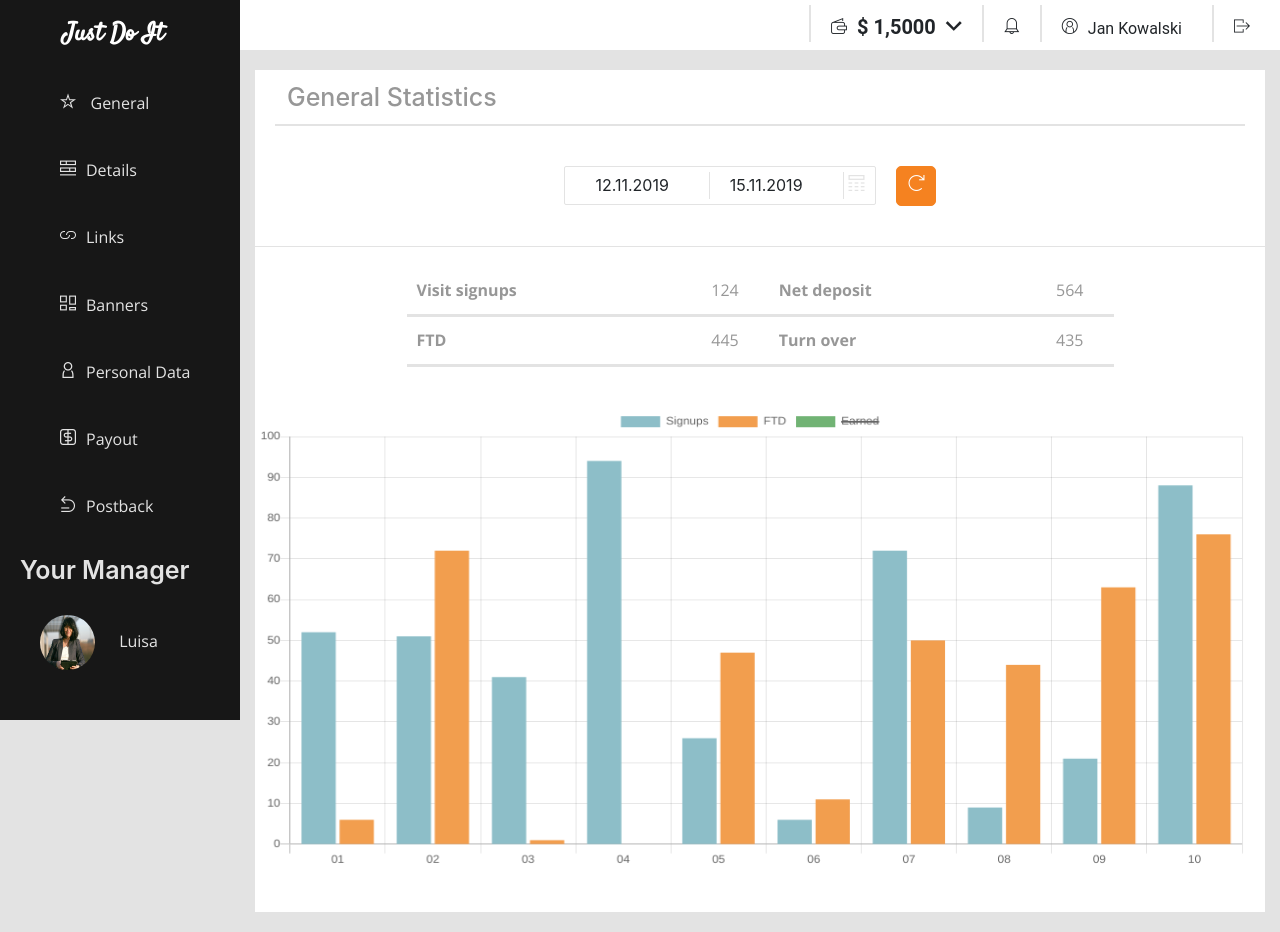
Repository: OllaWilk/wwwJustDoIt
Page: index.html
These files come from the project's save history. The page is drawn as it stood at one moment and after the next save; the edit follows.
The browser window is 1280 px wide. The pictures show the whole page.
Some web libraries are served in a nearby version. The style sheet was rebuilt from its Sass, Less or Tailwind sources for each picture, by a compiler version that may differ from the author's.

Above is the page before, as saved 2020-01-01 16:05:49.

### index.html

<!DOCTYPE html>
<html lang=”en”>
    <head>
        <meta charset=”utf-8”>
        <meta name="viewport" content="width=device-width, initial-scale=1.0">
        <meta http-equiv="X-UA-Compatible" content="ie=edge">
        <meta name="description" content="Projekt indywidualny z kursu Kodilla">
        <meta name="keywords" content="kodilla, indiwidual, project">
        <title>Just Do It - soloProject</title>
            <link href="https://use.fontawesome.com/releases/v5.7.2/css/all.css" rel="stylesheet">
            <link href="https://fonts.googleapis.com/css?family=Open+Sans:400,400i,700|Satisfy&display=swap&subset=latin-ext" rel="stylesheet">
            <link rel="stylesheet" href="https://stackpath.bootstrapcdn.com/bootstrap/4.1.3/css/bootstrap.min.css" integrity="sha384-MCw98/SFnGE8fJT3GXwEOngsV7Zt27NXFoaoApmYm81iuXoPkFOJwJ8ERdknLPMO" crossorigin="anonymous">
            <link rel="stylesheet" href="css/style.css">
            <link rel="stylesheet" href="vendor/css/Glyphter.css">
        </head>

    <body><script id="__bs_script__">//<![CDATA[
    document.write("<script async src='/browser-sync/browser-sync-client.js?v=2.26.7'><\/script>".replace("HOST", location.hostname));
//]]></script>

        <nav class = "navigation">
            <div class  ="navigationTop">
                <h1 class = "logo">Just Do It</h1>
                <i id="hamburger" class="fas fa-bars"></i>
            </div>
            <div = class="navigationWraperMobile">
                <ul class="list titles">
                    <li>
                        <i id="general" class="icon-general"></i>
                        <a class="menuButon active" href="#page-1">General</a>
                    </li>
                    <li><i id="details" class="icon-details"></i><a class="menuButon" href="index.html">Details </a></li>
                    <li><i id="links" class="icon-links"></i><a class="menuButon" href="#page-3">Links</a></li>
                    <li><i id="banners" class="icon-banners"></i><a class="menuButon" href="index.html">Banners</a></li>
                    <li><i id="personalData" class="icon-personaldata"></i><a class="menuButon" href="#page-5">Personal Data</a></li>
                    <li><i id="payout" class="icon-payout"></i><a class="menuButon" href="index.html">Payout</a></li>
                    <li><i id="postback" class="icon-postback"></i><a class="menuButon" href="index.html">Postback</a></li>
                </ul>
                <div class = "menagoImg">
                    <h2>Your Manager</h2>
                    <a class="menuButon" href = "index.html">
                        <img src="images/business-woman-746766_1920.jpg">
                    </img>Luisa</a>
                </div>
            </div>
        </nav>

        <header class= "topMenu">
            <div class = "topMenuWrapper">
                <div class= "iconsTopMenu">
                    <i id="wallet" class="icon-wallet"></i>
                    <h3>$ 1,5000</h3>
                    <i id="arrowDown" class="icon-arrow-down-small"></i>
                </div>
                <div class= "iconsTopMenu">
                    <i id="notification" class="icon-notification"></i>
                </div>
                <div class= "iconsTopMenu">
                    <i id="profile" class="icon-profile"></i>
                    <p>Jan Kowalski</p>
                </div>
                <div class= "iconsTopMenu">
                    <i id="iconQuit" class="icon-quit"></i>
                </div>
            </div>
        </header>

        <section class = "posts_pages container">
            <div id = "page-1" class="post_page active">
                <h2  class="title">General Statistics</h2>
                <div class="dates">
                    <div class="datesConteiner">
                        <div class="dateStart">12.11.2019</div>
                        <div class="dateEnd">15.11.2019 </div>
                        <i id="calendar" class="icon-calendar"></i>
                    </div>
                    <a href="index.html" id="refresh" class="btnRefrsh btn icon-refresh"></a>
                </div>
                <div class="statistic">
                    <div class="legendWrap">
                        <table>
                            <tr>
                              <td class="visitSignups">
                                <h3>Visit signups</h3>
                                <p>124</p>
                              </td>
                              <td class="netDeposit">
                                <h3>Net deposit</h3>
                                <p>564</p>
                              </td>
                            </tr>
                            <tr>
                              <td class="FTD">
                                <h3>FTD</h3>
                                <p>445</p>
                              </td>
                              <td class="turnOver">
                                <h3>Turn over</h3>
                                <p>435</p>
                              </td>
                            </tr>
                        </table>
                    </div>
                    <canvas class="canvas" id="myChart"></canvas>
                </div>
            </div>

            <div id = "page-3" class="post_page">
                <h2  class="title">Links</h2>
                <div class="btnWraper">
                    <a href="index.html" id="refresh" class="btn btnAddNew">+ add new</a>
                </div>
                <div class = "linkWraper">
                    <ul>
                        <li>
                            <p>Home Page</p>
                            <a href="index.html">www.homepage.com</a>
                            <i id="start" class="colorLinks icon-links"></i>
                            <i id="start" class="icon-trash"></i>
                        </li>
                        <li>
                            <p>Curently Offer</p>
                            <a href="index.html">www.curentlyoffer.com</a>
                            <i id="start" class="colorLinks icon-links"></i>
                            <i id="start" class="icon-trash"></i>
                        </li>
                        <li>
                            <p>Blurpix</p>
                            <a href="index.html">www.blurpix.com</a>
                            <i id="start" class="colorLinks icon-links"></i>
                            <i id="start" class="icon-trash"></i>
                        </li>
                        <li>
                            <p>Youre Site</p>
                            <a href="index.html">www.youresite.com</a>
                            <i id="start" class="colorLinks icon-links"></i>
                            <i id="start" class="icon-trash"></i>
                        </li>
                        <li>
                            <p>Google</p>
                            <a href="www.google.com">www.google.com</a>
                            <i id="start" class="colorLinks icon-links"></i>
                            <i id="start" class="icon-trash"></i>
                        </li>
                        <li>
                            <p>Facebook</p>
                            <a href="www.facebook.com">www.facebook.com</a>
                            <i id="start" class="colorLinks icon-links"></i>
                            <i id="start" class="icon-trash"></i>
                        </li>
                        <li>
                            <p>Dashboard</p>
                            <a href="index.html">www.dashboard.com</a>
                            <i id="start" class="colorLinks icon-links"></i>
                            <i id="start" class="icon-trash"></i>
                        </li>
                        <li>
                            <p>Blurax</p>
                            <a href="index.html">www.blurax.com</a>
                            <i id="start" class="colorLinks icon-links"></i>
                            <i id="start" class="icon-trash"></i>
                        </li>
                        <li>
                            <p>Piece of wine</p>
                            <a href="index.html">www.pieceofwine.com</a>
                            <i id="start" class="colorLinks icon-links"></i>
                            <i id="start" class="icon-trash"></i>
                        </li>
                        <li>
                            <p>Twitter</p>
                            <a href="www.twitter.com">www.twitter.com</a>
                            <i id="start" class="colorLinks icon-links"></i>
                            <i id="start" class="icon-trash"></i>
                        </li>
                    </ul>

                </div>
                <div class="btnWraper">
                    <a href="index.html" id="refresh" class="btn btnAddNew">+ add new</a>
                </div>
            </div>

            <div id = "page-5" class="post_page">
                <h2  class="title">Personal Data</h2>
                <div class = "userData">
                    <form novalidate method="post" enctype="multipart/form-data" action="js/db.js" autocomplete="on">
                        <fieldset>
                            <div label = "userBasicData" class="field-wrap">
                                <div class="styledField">
                                    <label>Name:
                                        <span class="error"></span>
                                    </label>
                                    <input type="text" name="name" placeholder="Your name" minlength="2" title="Name" required = "">
                                </div>
                                <div class="styledField">
                                    <label>Surname:
                                        <span class="error"></span>
                                    </label>
                                    <input type="text" name="surname" placeholder="Your surname" minlength="2" maxlength="64" title="Surname" required = "">
                                </div>
                                <div class="styledField">
                                    <label>Email:
                                        <span class="error"></span>
                                    </label>
                                    <input type="email" name="email" placeholder="Your e-mail" minlength="2" maxlength="64" autocomplete="off" title="Email" required = "">
                                </div>
                                <div class="styledField">
                                    <label>Phone number:
                                            <span class="error"></span>
                                    </label>
                                    <input type="text" name="phoneNumber" placeholder="Phone number" minlength="6" maxlength="40" title="phone number" required = "">
                                </div>
                            </div>
                            <div label = "userBasicData" class="field-wrap">
                                <div class="styledField">
                                    <label>Skype:</label>
                                    <input type="text" name="Skype" placeholder="Name" minlength="2" maxlength="32" title="Name" required = "">
                                </div>
                                <div class="styledField">
                                    <label>ICQ:</label>
                                    <input type="text" name="ICQ" placeholder="name" minlength="2" maxlength="40" title="Name" required = "">
                                </div>
                                <div class="styledField">
                                    <label>MSN:</label>
                                    <input type="text" name="MSN" placeholder="msn" title="MSN" required = "">
                                </div>
                            </div>

                            <div class="field-wrap">
                                <div class="styledField">
                                    <label>Wallet</label>
                                    <select name="Wallet" id="wallet">
                                        <option value="Windows">Windows</option>
                                        <option value="Linux">Linux</option>
                                        <option value="Apple">Apple</option>
                                    </select>
                                </div>
                            </div>

                            <div class="field-wrap">
                                <div class="styledField">
                                    <label>Password
                                        <span class="error"></span>
                                    </label>
                                    <input type="password" name="password" placeholder="Password" minlength="6" maxlength="40" autocomplete="off" title="Password" required="">
                                </div>
                                <div class="styledField">
                                    <label>Repeat
                                        <span class="error"></span>
                                    </label>
                                    <input  type="password" name="repeatPassword" placeholder="Password" minlength="6" maxlength="40" autocomplete="off"  title="Password" required="">
                                </div>
                            </div>
                            <div class="field-wrap">
                                <label class="styledField agreement">
                                    <p class="icon">I agree for my personal data to be collected and used by
                                    <span class = "logo agreementLogo">Just Do It</span> for purpouse of providing the site functionality.</p>
                                    <input id = "checkbox" type="checkbox" name="checkbox" class="checkbox" title="agreement" required="">
                                    </p>
                                </label>
                            </div>
                            <div class="btnWrap">
                                <input type="submit" class = "btn btnSave" value="Save">
                            </div>
                        </fieldset>
                    </form>
                </div>
            </div>
        </section>


        <script id="template-article-link" type="text/x-handlebars-template">
            <li><a href="#{{ id }}"><span>{{ title }}</span></a></li>
          </script>
          <script src="https://cdnjs.cloudflare.com/ajax/libs/handlebars.js/4.1.0/handlebars.min.js"></script>
        <script id="template-article-link" type="text/x-handlebars-template">
        <li><a href="#{{ id }}"><span>{{ title }}</span></a></li>
         </script>

        <script src="https://cdnjs.cloudflare.com/ajax/libs/Chart.js/2.4.0/Chart.min.js"></script>
        <script src="js/script.js"></script>
    </body>
</html>

### js/script.js
'use strict';

{
    /*Quit */

    const quitPage= document.getElementById('iconQuit');

    /*Responsive left menu -hiden/show hamburger*/

    const hamburgerMenuLeft = document.getElementById('hamburger');
    const mobileMenu = document.querySelector('.navigationWraperMobile');

    hamburgerMenuLeft.addEventListener('click', function(){
        mobileMenu.classList.toggle('active');
    });

    /*swith between pages*/

    const titleClickedHandler = function(event){
        const clickedElement = this;
        console.log('Link was clicked');

        /*remove class 'active'  from all article links*/
        const activeLinks = document.querySelectorAll('.titles a.active');

        for(let activeLink of activeLinks) {
            activeLink.classList.remove('active');
        }
        /*add class 'active'  to the clicked link*/

        /*remove class 'active  from all article*/
        const activeArticle= document.querySelectorAll('.post_page')

        /*get  'href' attribute form the clicked link*/

        /*find the correct article using the selector value of href attribute*/

        /*add  'class active to the correct article*/

    }

    const links = document.querySelectorAll('.titles a');

    for(let link of links) {
        link.addEventListener('click', titleClickedHandler);
    }

    titleClickedHandler();

    /*statistic canvas*/

    var ctx = document.getElementById('myChart').getContext('2d');

    var chart = new Chart(ctx, {
        // 1
        type: 'bar',
        data: {
            // 2
            labels: ["01", "02", "03", "04", "05", "06", "07", "08", "09", "10"],
            // 3
            datasets: [{
                // 4
                label: "Signups",
                // 5
                backgroundColor: '#8DBEC8',
                borderColor: '#8DBEC8',
                // 6
                data: [ 52, 51, 41, 94, 26, 6, 72, 9, 21, 88 ],
            },
            {
                label: "FTD",
                backgroundColor: '#F29E4E',
                borderColor: '#F29E4E',
                data: [ 6, 72, 1, 0, 47, 11, 50, 44, 63, 76 ],
            },
            {
                label: "Earned",
                backgroundColor: '#71B374',
                borderColor: '#71B374',
                data: [ 59, 49, 68, 90, 67, 41, 13, 38, 48, 48 ],
                // 7
                hidden: true,
            }]
        },
    });

    /*form validation*/

    document.querySelector('form').addEventListener('submit', function(event) {
        let isFormValidate = true;

        //name  validation /

        let nameInput = event.target.querySelector('input[name="name"]')
        if(nameInput.value.indexOf('@') < 0) {
            isFormValidate = false;
            nameInput.parentElement.querySelector('.error').innerHTML = 'Name must be filled out';
        }

        //surname  validation /

        let surnameInput = event.target.querySelector('input[name="surname"]')
        if(surnameInput.value.indexOf('@') < 0) {
            isFormValidate = false;
            surnameInput.parentElement.querySelector('.error').innerHTML = 'Surname must be filled out';
        }

        //eMail validation /

        let emailAddressInput = event.target.querySelector('input[name="email"]')
        if(emailAddressInput.value.indexOf('@') < 0) {
            isFormValidate = false;
            emailAddressInput.parentElement.querySelector('.error').innerHTML = 'Incorect e-mail adress';
        }

        //phoneNumber Validation
        var phoneNumber = /^\(?([0-9]{3})\)?[-. ]?([0-9]{3})[-. ]?([0-9]{4})$/;
        let phoneInput = event.target.querySelector('input[name="phoneNumber"]')
        if(phoneInput.value.match(phoneNumber)) {
            return true;
        }
        else {
            isFormValidate = false;
            phoneInput.parentElement.querySelector('.error').innerHTML = 'Incorect phone number';
        }

        /*password walidation*/
        let passwordInput = event.target.querySelector('input[name="password"]')
        if(passwordInput.value.indexOf('@') < 0) {
            isFormValidate = false;
            passwordInput.parentElement.querySelector('.error').innerHTML = 'Password must be filled out';
        }

        /*repeat walidation*/
        let repeatInput = event.target.querySelector('input[name="repeatPassword"]')
        if(repeatInput.value.indexOf('@') < 0) {
            isFormValidate = false;
            repeatInput.parentElement.querySelector('.error').innerHTML = 'Repeat must be filled out';
        }

        /*checkbox walidation*/

        return !isFormValidate ? event.preventDefault() : true;
    })
}

Loaded but not shown: vendor/css/Glyphter.css (common file); sass/_normalize.scss (common file); sass/components/_mediaQuery.scss (141 lines, source omitted); sass/pages/_mainPage.scss (68 lines, source omitted); sass/sections/_leftNavigtation.scss (73 lines, source omitted); sass/pages/_personalDataForm.scss (76 lines, source omitted); sass/sections/_topUserMenu.scss (63 lines, source omitted); sass/pages/_links.scss (44 lines, source omitted); sass/_variables.scss (26 lines, source omitted); sass/_layout.scss (38 lines, source omitted); sass/_mixins.scss (36 lines, source omitted); sass/style.scss (15 lines, source omitted)

After the next save:
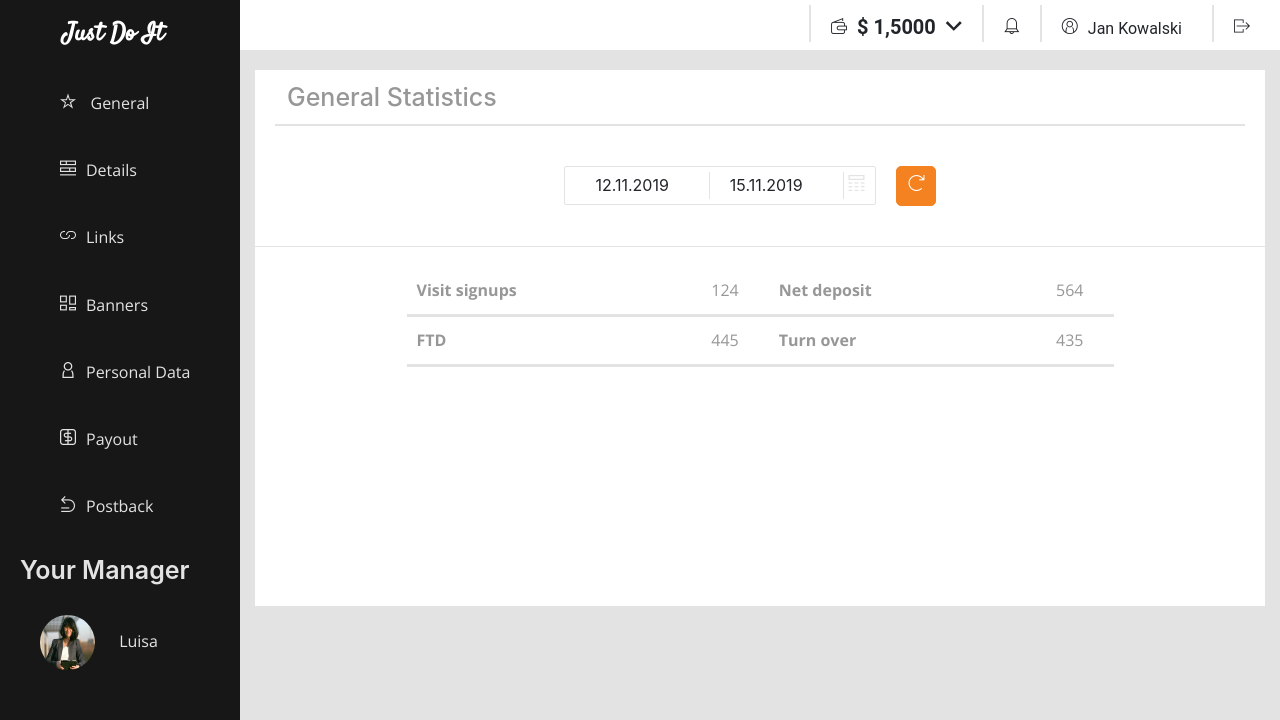
Console error: ReferenceError: actibeArticle is not defined
Saved 82 s later.
--- a/js/script.js
+++ b/js/script.js
@@ -29,7 +29,11 @@
         /*add class 'active'  to the clicked link*/
 
         /*remove class 'active  from all article*/
-        const activeArticle= document.querySelectorAll('.post_page')
+        const activeArticles= document.querySelectorAll('.post_page');
+
+        for(let activeArticle of activeArticles) {
+            actibeArticle.classList.remowe('active');
+        }
 
         /*get  'href' attribute form the clicked link*/
 

After the 2 saves that followed:
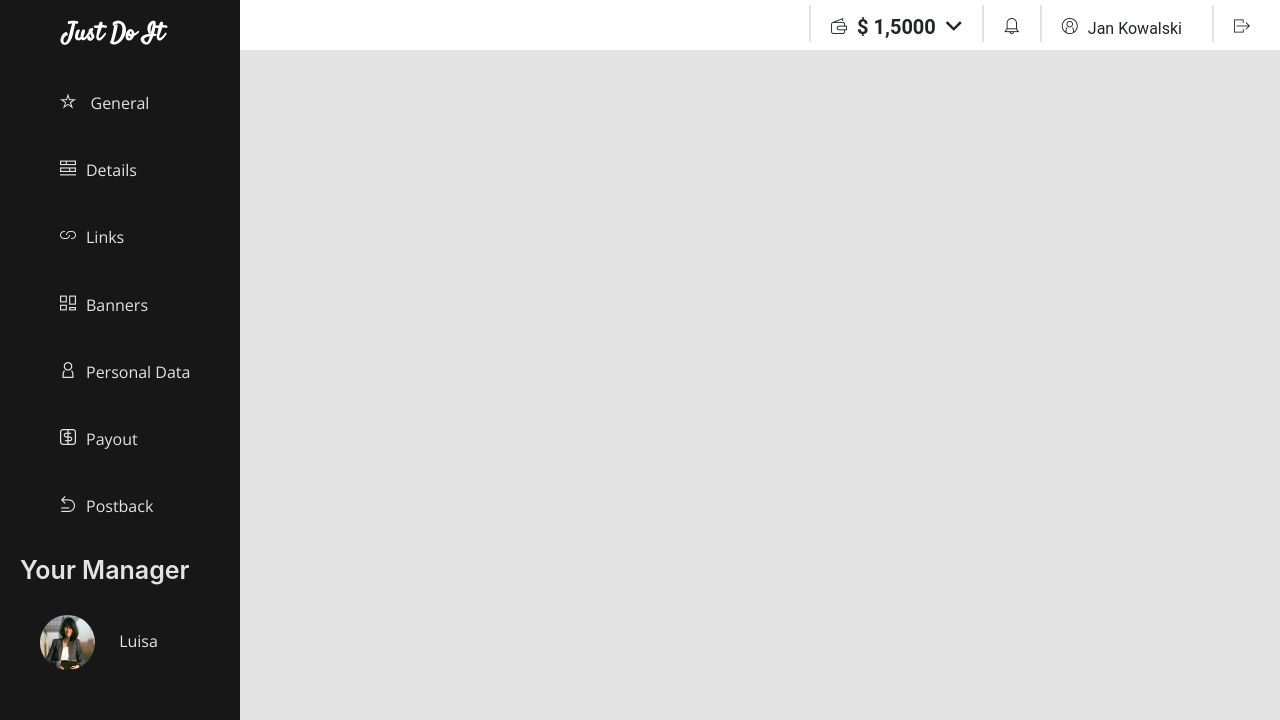
The error is gone.
The 2 saves are shown as one change because 1 left the picture as it was.
The last was saved 2 min 30 s later.
--- a/js/script.js
+++ b/js/script.js
@@ -32,7 +32,7 @@
         const activeArticles= document.querySelectorAll('.post_page');
 
         for(let activeArticle of activeArticles) {
-            actibeArticle.classList.remowe('active');
+            activeArticle.classList.remove('active');
         }
 
         /*get  'href' attribute form the clicked link*/
